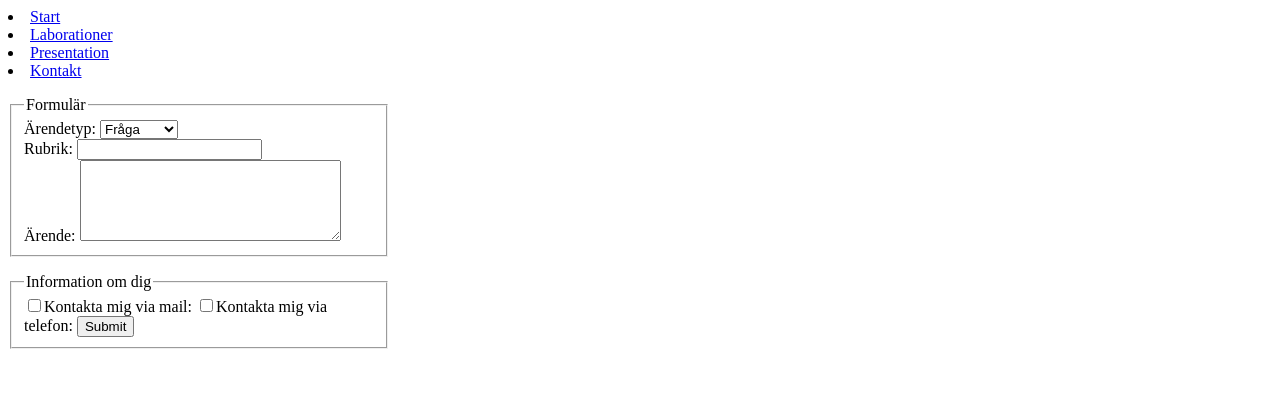
Repository: RebeccaFransson/Interfacedevelopment-1IK415
Page: pages/kontakt.html
The author's editor kept a record of every edit. The page is drawn from the files as they stood at one moment, then again after the next edit.
The browser window is 1280 px wide. The pictures show the whole page.

Above is the page before.

After the next edit:
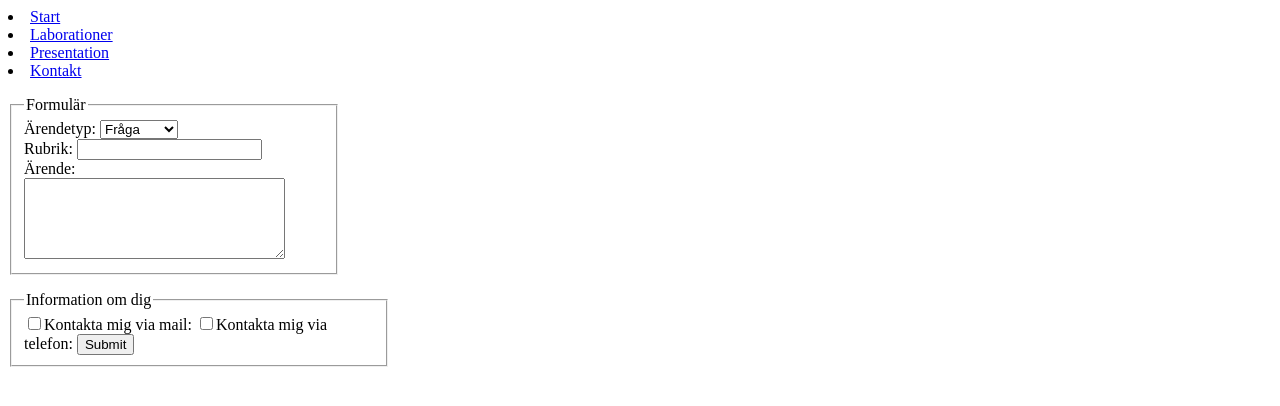
The edit:
--- a/pages/kontakt.html
+++ b/pages/kontakt.html
@@ -11,7 +11,7 @@
 
       <p>
       <form name="form" method="post" action="http://voyager.lnu.se/tekinet/kurser/dtt/wp_webbintro/form.php">
-      <fieldset style="width: 350px" >
+      <fieldset style="width: 300px" >
       <legend>Formulär</legend>
 
       <!--Formuläret-->
